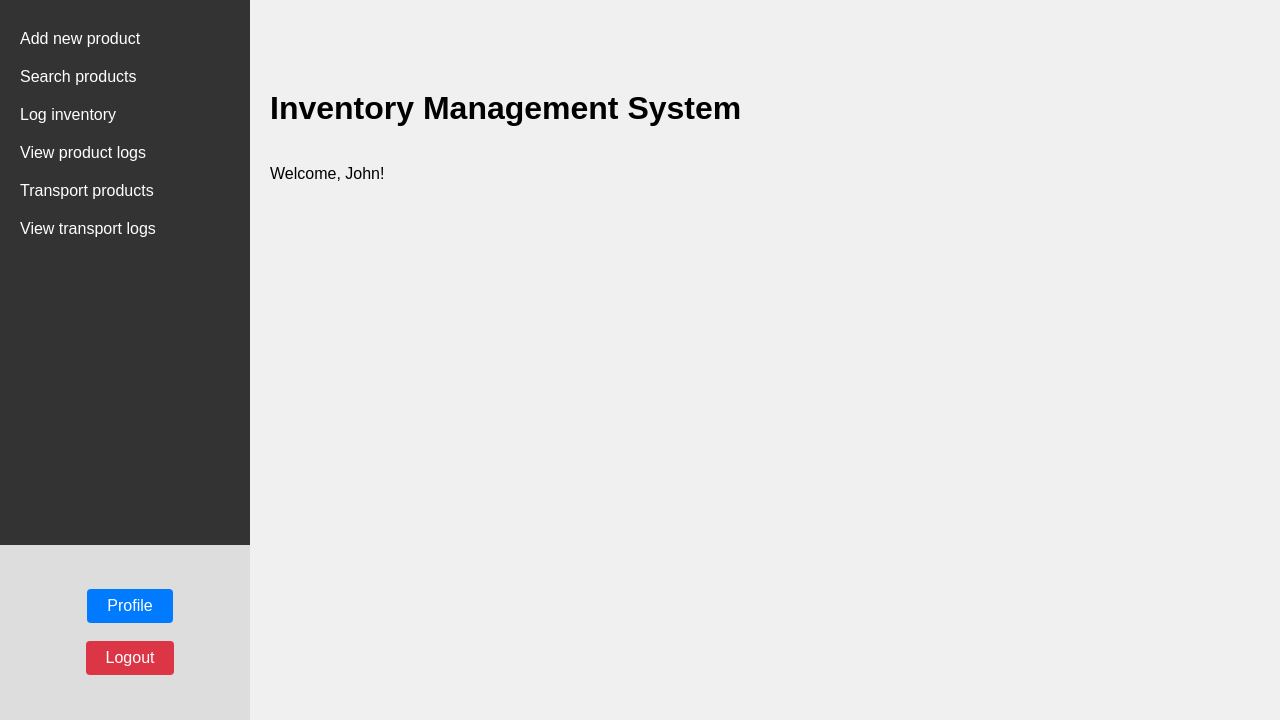
Repository: Warspinix/Flask-Web-Applications
Page: http://localhost/dashboard
An editor plug-in stored every save of this project. The page is shown before and after the next save, followed by the edit.
The browser window is 1280 px wide. The pictures show the whole page.
The page is served by the project's application, run on Flask 3 (app.py). The session is filled in as if someone had signed in: {"user_id": 1, "first_name": "John"}.

Above is the page before, as saved 2024-06-13 22:38:35.

### templates/dashboard.html
<!-- dashboard.html -->

<!DOCTYPE html>
<html>

<head>
    <title>Inventory Management System</title>
    <link rel="stylesheet" type="text/css" href="{{ url_for('static', filename='style.css') }}">
</head>

<body>
    <div class="container">
        <!-- Navigation Bar -->
        <nav class="navbar" id="navbar">
            <div class="navbar-container">
                <!-- Functionality list -->
                <ul class="navbar-menu" id="menu">
                    <li><a href="{{ url_for('add_product') }}">Add new product</a></li>
                    <li><a href="{{ url_for('search_products') }}">Search products</a></li>
                    <li><a href="{{ url_for('log_inventory') }}">Log inventory</a></li>
                    <li><a href="{{ url_for('view_product_logs') }}">View product logs</a></li>
                    <li><a href="{{ url_for('transport_products') }}">Transport products</a></li>
                    <li><a href="{{ url_for('view_transport_logs') }}">View transport logs</a></li>
                </ul>

                <div class="profile-logout">
                    <a href="{{ url_for('profile') }}" class="btn btn-primary">Profile</a><br>
                    <a href="{{ url_for('logout') }}" class="btn btn-danger">Logout</a>
                </div>
            </div>
        </nav>
        <div class="content">
            <h1>Inventory Management System</h1>

            <!-- Welcome message -->
            <p>Welcome, {{ first_name }}!</p>
        </div>
    </div>
</body>

</html>

### app.py
from flask import Flask, render_template, redirect, url_for, flash, session
import flask_mysqldb
from flask_wtf import FlaskForm
from wtforms import StringField, PasswordField, SubmitField, IntegerField, SelectField
from wtforms.validators import DataRequired, NumberRange, Optional
import os
import datetime
from flask_bcrypt import Bcrypt

secret_key = os.urandom(24).hex()

app = Flask(__name__)
app.config["SECRET_KEY"] = secret_key
app.config["MYSQL_HOST"] = "localhost"
app.config["MYSQL_USER"] = "root"
app.config["MYSQL_PASSWORD"] = ""
app.config["MYSQL_DB"] = "inventory"

bcrypt = Bcrypt(app)

mysql = flask_mysqldb.MySQL(app)

class RegistrationForm(FlaskForm):
    email = StringField("Email", validators=[DataRequired()])
    first_name = StringField("First Name", validators=[DataRequired()])
    last_name = StringField("Last Name", validators=[DataRequired()])
    password = PasswordField("Password", validators=[DataRequired()])
    submit = SubmitField("Register")

class LoginForm(FlaskForm):
    user_id = StringField("User ID", validators=[DataRequired()])
    password = PasswordField("Password", validators=[DataRequired()])
    submit = SubmitField("Login")

class AddProductForm(FlaskForm):
    product_name = StringField("Product Name", validators=[DataRequired()])
    submit = SubmitField("Add Product")

class SearchForm(FlaskForm):
    search_by = StringField("Search by", validators=[DataRequired()])
    search_term = StringField("Search term", validators=[DataRequired()])
    submit = SubmitField("Search")

class AddToInventoryForm(FlaskForm):
    product_id = StringField("Product ID", validators=[DataRequired()])
    quantity_added = StringField("Quantity to add", validators=[DataRequired()])
    submit = SubmitField("Add to Inventory")

from flask_wtf import FlaskForm
from wtforms import SelectField, StringField, SubmitField
from wtforms.validators import DataRequired, Optional

class ViewProductLogsForm(FlaskForm):
    search_by = SelectField("Search by", choices=[
        ('', 'Select option'),
        ('id', 'Product ID'),
        ('month', 'Month'),
        ('both', 'Both')
    ], validators=[DataRequired()])
    product_id = StringField("Product ID", validators=[Optional()])
    month = SelectField("Select month", choices=[
        ('', 'Select month'),
        ('1', 'January'), ('2', 'February'), ('3', 'March'), ('4', 'April'),
        ('5', 'May'), ('6', 'June'), ('7', 'July'), ('8', 'August'),
        ('9', 'September'), ('10', 'October'), ('11', 'November'), ('12', 'December')
    ], validators=[Optional()])
    submit = SubmitField("View Logs")


class TransportForm(FlaskForm):
    product_id = IntegerField('Product ID', validators=[DataRequired(), NumberRange(min=1)])
    quantity_transported = IntegerField('Quantity to transport', validators=[DataRequired(), NumberRange(min=1)])
    submit = SubmitField('Transport')

class ViewTransportLogsForm(FlaskForm):
    search_by = SelectField("Search by", choices=[('', 'Select option'), ('id', 'Product ID'), ('month', 'Month'), ('both', 'Both')], validators=[DataRequired()])
    product_id = StringField("Product ID", validators=[Optional()])
    month = StringField("Select month", validators=[Optional()])
    submit = SubmitField("View Logs")


@app.route("/")
def index():
    return render_template("index.html")

@app.route("/register", methods=["GET", "POST"])
def register():
    form = RegistrationForm()
    if form.validate_on_submit():
        cur = mysql.connection.cursor()
        cur.execute("SELECT COUNT(*) FROM users")
        count = cur.fetchone()[0] + 1
        user_id = str(datetime.date.today().year) + str(count).zfill(3)
        registration_date = datetime.date.today()
        registration_time = datetime.datetime.now().time()
        hashed_password = bcrypt.generate_password_hash(form.password.data).decode('utf-8')
        cur.execute("INSERT INTO users (id, email, first_name, last_name, password, registration_date, registration_time) VALUES (%s, %s, %s, %s, %s, %s, %s)",
                    (user_id, form.email.data, form.first_name.data, form.last_name.data, hashed_password, registration_date, registration_time))
        mysql.connection.commit()
        # flash("Registration successful! You will be redirected to the home page in 3 seconds.")
        # return render_template("register_success.html")
        return redirect(url_for("index"))
    return render_template("register.html", form=form)

@app.route("/login", methods=["GET", "POST"])
def login():
    form = LoginForm()
    if form.validate_on_submit():
        cur = mysql.connection.cursor()
        print(form.user_id.data)
        print(form.password.data)
        cur.execute("SELECT password, first_name FROM users WHERE email = %s", (form.user_id.data,))
        result = cur.fetchone()
        print(result)
        if result:
            hashed_password = result[0]
            if bcrypt.check_password_hash(hashed_password, form.password.data):
                session['user_id'] = form.user_id.data
                session['first_name'] = result[1]  # Store first name in session
                return redirect(url_for("dashboard"))
            else:
                flash("Invalid user ID or password")
        else:
            flash("Invalid user ID or password")
    return render_template("login.html", form=form)

@app.route("/logout")
def logout():
    session.pop('user_id', None)
    session.pop('first_name', None)
    return redirect(url_for("index"))

@app.route("/dashboard")
def dashboard():
    if 'user_id' not in session:
        return redirect(url_for("login"))
    return render_template("dashboard.html", user_id=session['user_id'], first_name=session['first_name'])

@app.route("/profile")
def profile():
    if 'user_id' not in session:
        return redirect(url_for("login"))
    cur = mysql.connection.cursor()
    cur.execute("SELECT email, first_name, last_name, registration_date FROM users WHERE id = %s", (session['user_id'],))
    result = cur.fetchone()
    if result:
        return render_template("profile.html", email=result[0], first_name=result[1], last_name=result[2], registration_date=result[3])
    else:
        flash("User not found")
        return redirect(url_for("dashboard"))

@app.route("/add_product", methods=["GET", "POST"])
def add_product():
    if 'user_id' not in session:
        return redirect(url_for("login"))
    form = AddProductForm()
    if form.validate_on_submit():
        cur = mysql.connection.cursor()
        cur.execute("INSERT INTO products (name, quantity) VALUES (%s, %s)",
                    (form.product_name.data, 0))
        mysql.connection.commit()
        cur.execute("SELECT id FROM products ORDER BY id DESC LIMIT 1")
        product_id = cur.fetchone()[0]
        flash("Product added successfully! Product ID is " + str(product_id))
    return render_template("add_product.html", form=form, user_id=session['user_id'], first_name=session['first_name'])

@app.route("/search_products", methods=["GET", "POST"])
def search_products():
    if 'user_id' not in session:
        return redirect(url_for("login"))
    form = SearchForm()
    if form.validate_on_submit():
        cur = mysql.connection.cursor()
        if form.search_by.data == "id":
            cur.execute("SELECT * FROM products WHERE id = %s", (form.search_term.data,))
        else:
            cur.execute("SELECT * FROM products WHERE name LIKE %s", ("%" + form.search_term.data + "%",))
        products = cur.fetchall()
        return render_template("search_products.html", form=form, products=products, user_id=session['user_id'], first_name=session['first_name'])
    return render_template("search_products.html", form=form, user_id=session['user_id'], first_name=session['first_name'])

@app.route("/log_inventory", methods=["GET", "POST"])
def log_inventory():
    if 'user_id' not in session:
        return redirect(url_for("login"))
    form = AddToInventoryForm()
    if form.validate_on_submit():
        cur = mysql.connection.cursor()
        cur.execute("SELECT quantity FROM products WHERE id = %s", (form.product_id.data,))
        result = cur.fetchone()
        if result:
            new_quantity = result[0] + int(form.quantity_added.data)
            cur.execute("UPDATE products SET quantity = %s WHERE id = %s", (new_quantity, form.product_id.data))
            mysql.connection.commit()
            cur.execute("INSERT INTO products_log (product_id, quantity_added, log_date, log_time, user_id) VALUES (%s, %s, %s, %s, %s)",
                        (form.product_id.data, form.quantity_added.data, datetime.date.today(), datetime.datetime.now().time(), session['user_id']))
            mysql.connection.commit()
            flash("Inventory updated successfully!")
        else:
            flash("Product not found")
    return render_template("log_inventory.html", form=form, user_id=session['user_id'], first_name=session['first_name'])

@app.route("/view_product_logs", methods=["GET", "POST"])
def view_product_logs():
    if 'user_id' not in session:
        return redirect(url_for("login"))

    form = ViewProductLogsForm()
    product_logs = None

    if form.validate_on_submit():
        search_by = form.search_by.data
        product_id = form.product_id.data
        month = form.month.data

        query = """SELECT pl.product_id, p.name, pl.quantity_added, pl.log_date, pl.log_time,
                          CONCAT(u.first_name, ' ', u.last_name) AS full_name
                   FROM products_log pl
                   JOIN products p ON pl.product_id = p.id
                   JOIN users u ON pl.user_id = u.id"""
        conditions = []
        params = []

        if search_by == 'id':
            conditions.append("pl.product_id = %s")
            params.append(product_id)
        elif search_by == 'month':
            conditions.append("MONTH(pl.log_date) = %s")
            params.append(month)
        elif search_by == 'both':
            conditions.append("pl.product_id = %s AND MONTH(pl.log_date) = %s")
            params.append(product_id)
            params.append(month)

        if conditions:
            query += " WHERE " + " AND ".join(conditions)

        cur = mysql.connection.cursor()
        cur.execute(query, tuple(params))
        product_logs = cur.fetchall()

    return render_template("view_product_logs.html", form=form, product_logs=product_logs, user_id=session['user_id'], first_name=session['first_name'])

@app.route("/transport_products", methods=["GET", "POST"])
def transport_products():
    if 'user_id' not in session:
        return redirect(url_for("login"))
    form = TransportForm()
    if form.validate_on_submit():
        cur = mysql.connection.cursor()
        cur.execute("SELECT quantity FROM products WHERE id = %s", (form.product_id.data,))
        result = cur.fetchone()
        if result:
            current_quantity = result[0]
            if current_quantity >= form.quantity_transported.data:
                new_quantity = current_quantity - form.quantity_transported.data
                cur.execute("UPDATE products SET quantity = %s WHERE id = %s", (new_quantity, form.product_id.data))
                mysql.connection.commit()
                cur.execute("INSERT INTO transports_log (product_id, user_id, quantity_transported, log_date, log_time) VALUES (%s, %s, %s, %s, %s)",
                            (form.product_id.data, session['user_id'], form.quantity_transported.data, datetime.date.today(), datetime.datetime.now().time()))
                mysql.connection.commit()
                flash("Product transported successfully!")
            else:
                flash("Not enough quantity in stock")
        else:
            flash("Product not found")
    return render_template("transport_products.html", form=form, user_id=session['user_id'], first_name=session['first_name'])

@app.route("/view_transport_logs", methods=["GET", "POST"])
def view_transport_logs():
    if 'user_id' not in session:
        return redirect(url_for("login"))
    form = ViewTransportLogsForm()
    transport_logs = None
    if form.validate_on_submit():
        search_by = form.search_by.data
        product_id = form.product_id.data
        month = form.month.data

        query = """SELECT tl.id, tl.product_id, p.name, tl.quantity_transported, tl.log_date, tl.log_time,
                          CONCAT(u.first_name, ' ', u.last_name) AS full_name
                   FROM transports_log tl
                   JOIN products p ON tl.product_id = p.id
                   JOIN users u ON tl.user_id = u.id"""
        params = []

        if search_by == 'id':
            query += " WHERE tl.product_id = %s"
            params.append(product_id)
        elif search_by == 'month':
            query += " WHERE MONTH(tl.log_date) = %s"
            params.append(month)
        elif search_by == 'both':
            query += " WHERE tl.product_id = %s AND MONTH(tl.log_date) = %s"
            params.append(product_id)
            params.append(month)

        cur = mysql.connection.cursor()
        cur.execute(query, tuple(params))
        transport_logs = cur.fetchall()

    return render_template("view_transport_logs.html", form=form, transport_logs=transport_logs, user_id=session['user_id'], first_name=session['first_name'])

if __name__ == "__main__":
    app.run(debug=True)

### static/style.css
/* Reset default styles */
* {
    margin: 0;
    padding: 0;
    box-sizing: border-box;
}

body {
    font-family: Arial, sans-serif;
    background-color: #f0f0f0;
    display: flex;
    flex-direction: column;
    min-height: 100vh;
}

h1 {
    padding-bottom: 1.2em;
}

/* Navigation Bar styles */
.navbar {
    background-color: #333;
    color: #fff;
    position: fixed;
    width: 250px; /* Set the width */
    height: 100%;
    top: 0;
    left: 0;
    z-index: 1000;
    transition: all 0.3s ease;
}

.navbar-container {
    display: flex;
    flex-direction: column;
    height: 100%;
}

.navbar-header {
    display: flex;
    align-items: center;
    justify-content: space-between; /* Adjust spacing */
    margin-bottom: 20px; /* Adjust spacing */
}

.navbar-brand {
    color: #fff;
    text-decoration: none;
    font-size: 1.5rem;
    margin-left: 10px;
}

.navbar-menu {
    list-style-type: none;
    display: flex;
    height: 75svh;
    /* padding: 10px 20px; */
    flex-direction: column;
    margin-top: 20px; /* Push menu items to the bottom */
}

.navbar-menu li {
    margin-right: 0; /* Remove margin */
}

.navbar-menu li a {
    color: #fff;
    text-decoration: none;
}

.navbar-menu li {
    padding: 10px 20px;
    transition: color 0.3s ease;
}

.navbar-menu li:hover {
    background-color: #007bff;
}

/* Profile and logout buttons */
.profile-logout {
    display: flex;
    flex-direction: column;
    background-color: #ddd;
    align-items: center;
    justify-content: center;
    text-align: right;
    padding: 10px 40px;
    height: 25svh;
}

.profile-logout a {
    color: #fff;
    text-decoration: none;
    padding: 8px 20px;
    border-radius: 4px;
    margin-left: 10px;
    transition: background-color 0.3s ease;
}

.profile-logout a.btn {
    color: #fff;
    text-decoration: none;
    padding: 8px 20px;
    border-radius: 4px;
    transition: background-color 0.3s ease;
}

.profile-logout a.btn-primary {
    background-color: #007bff;
}

.profile-logout a.btn-primary:hover {
    background-color: #0056b3;
}

.profile-logout a.btn-danger {
    background-color: #dc3545;
}

.profile-logout a.btn-danger:hover {
    background-color: #333;
}


/* Menu toggle button */
.menu-toggle {
    background: none;
    border: none;
    cursor: pointer;
    display: none;
    padding: 5px;
    position: absolute;
    top: 10px;
    right: 10px;
    z-index: 1500;
}

.menu-toggle span {
    background-color: #fff;
    display: block;
    height: 2px;
    margin-bottom: 4px;
    transition: transform 0.2s ease, background-color 0.2s ease;
    width: 20px;
}

.menu-toggle span:nth-child(1) {
    transform: translateY(6px) rotate(45deg);
}

.menu-toggle span:nth-child(2) {
    opacity: 0;
}

.menu-toggle span:nth-child(3) {
    transform: translateY(-6px) rotate(-45deg);
}

@media screen and (max-width: 768px) {
    .navbar {
        width: 250px;
        transform: translateX(-100%);
        transition: transform 0.3s ease;
    }

    .navbar.active {
        transform: translateX(0);
    }

    .navbar-container {
        flex-direction: row;
    }

    .navbar-header {
        margin-bottom: 20px; /* Adjust spacing */
        width: 100%;
        display: flex;
        justify-content: space-between;
    }

    .navbar-brand {
        margin-bottom: 0; /* Adjust spacing */
    }

    .navbar-menu {
        flex-direction: column;
        margin-top: 0;
        width: 100%;
    }

    .navbar-menu.active {
        flex-direction: column;
    }

    .menu-toggle {
        display: block;
    }

    .profile-logout a {
        margin-left: 10px;
        margin-bottom: 0;
    }
}

/* Side Navigation for small screens */
.side-nav {
    position: fixed;
    top: 0;
    left: -250px;
    width: 250px;
    height: 100%;
    background-color: #333;
    transition: all 0.3s ease;
    z-index: 1200;
}

.side-nav.active {
    left: 0;
}

.side-nav ul {
    list-style-type: none;
    padding: 0;
    margin: 20px 0;
}

.side-nav ul li {
    padding: 10px;
    border-bottom: 1px solid #666;
}

.side-nav ul li a {
    color: #fff;
    text-decoration: none;
    display: block;
    transition: all 0.3s ease;
}

.side-nav ul li a:hover {
    background-color: #007bff;
}

/* Content area */
.content {
    margin-left: 250px; /* Width of the side nav */
    margin-top: 70px;
    padding: 20px;
    flex: 1;
}

/* Form styles */
form {
    background-color: #fff;
    padding: 20px;
    border-radius: 8px;
    box-shadow: 0 4px 6px rgba(0, 0, 0, 0.1);
}

form label {
    font-weight: bold;
}

form input[type="number"],
form select {
    padding: 8px;
    margin-top: 5px;
    width: 100%;
    border: 1px solid #ccc;
    border-radius: 4px;
}

form input[type="submit"] {
    background-color: #007bff;
    color: #fff;
    border: none;
    padding: 10px 20px;
    cursor: pointer;
    margin-top: 10px;
    border-radius: 4px;
    transition: background-color 0.3s ease;
}

form input[type="submit"]:hover {
    background-color: #0056b3;
}

/* Table styles */
table {
    width: 100%;
    margin-top: 20px;
    border-collapse: collapse;
    border-radius: 8px;
    overflow: hidden;
    box-shadow: 0 4px 6px rgba(0, 0, 0, 0.1);
}

table th, table td {
    padding: 12px 15px;
    text-align: left;
    border-bottom: 1px solid #ddd;
}

table th {
    background-color: #007bff;
    color: #fff;
}

After the next save:
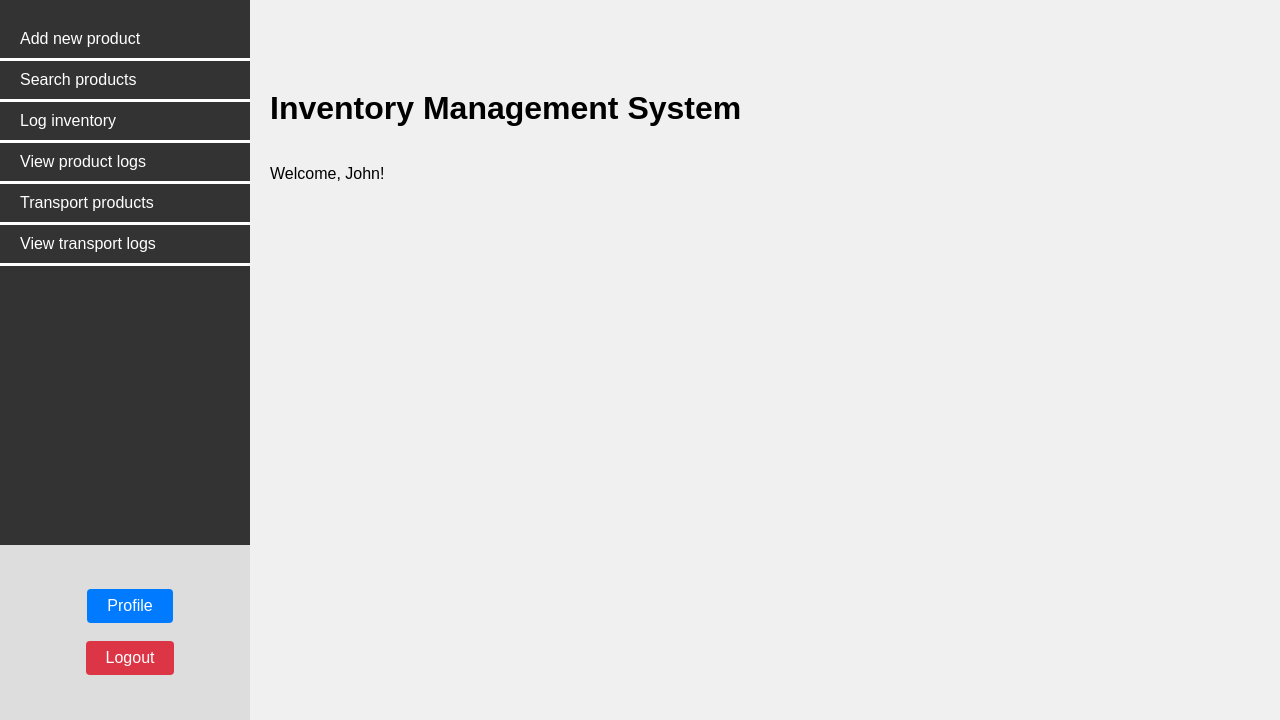
Saved 3 min 13 s later.
--- a/static/style.css
+++ b/static/style.css
@@ -59,17 +59,15 @@ h1 {
     margin-top: 20px; /* Push menu items to the bottom */
 }
 
+.navbar-menu li a {
+    color: #fff;
+    text-decoration: none;
+}
+
 .navbar-menu li {
-    margin-right: 0; /* Remove margin */
-}
-
-.navbar-menu li a {
-    color: #fff;
-    text-decoration: none;
-}
-
-.navbar-menu li {
+    margin-right: 0;
     padding: 10px 20px;
+    border-bottom: 3px solid white;
     transition: color 0.3s ease;
 }
 
